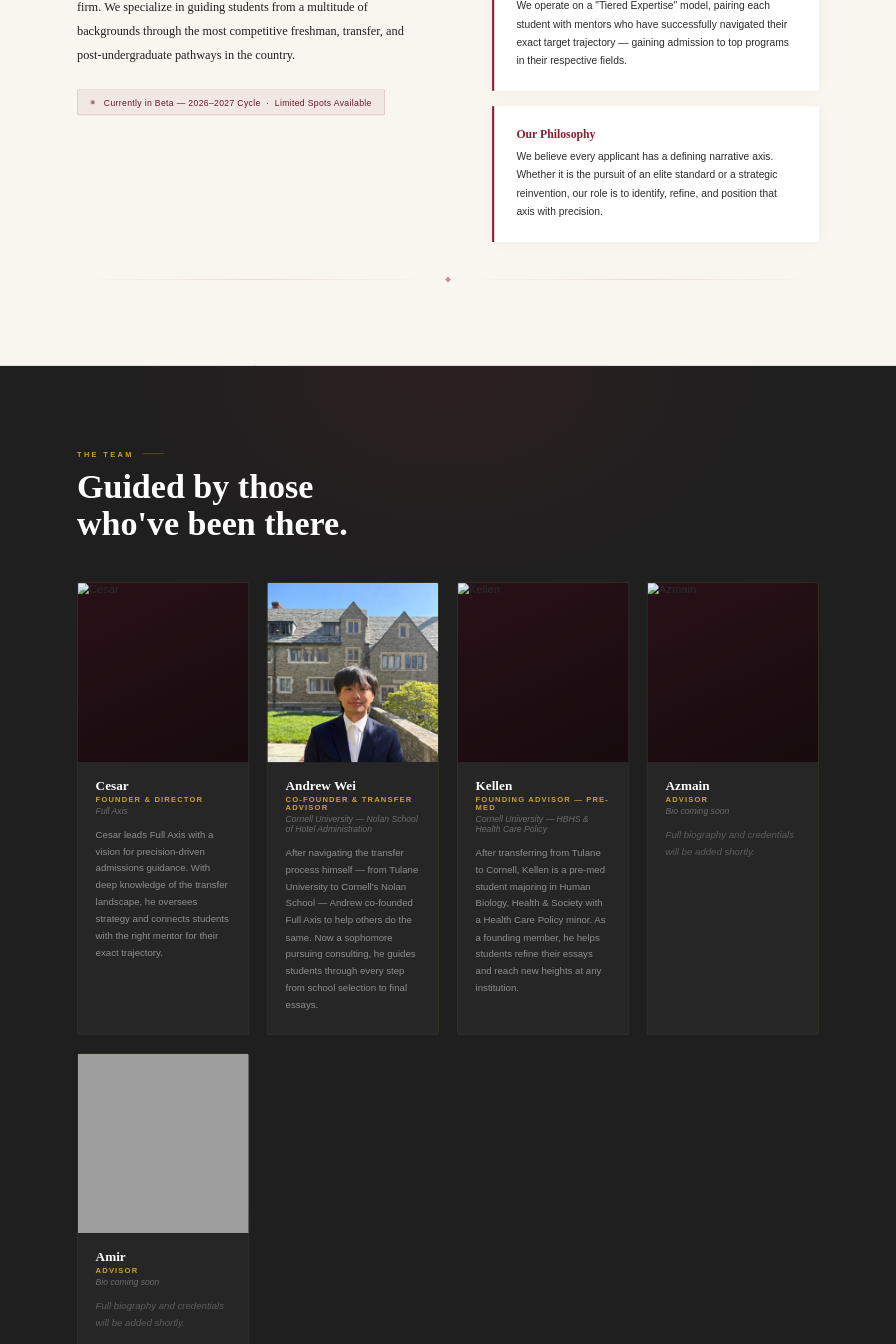
Repository: epeguero8311/cesar
Page: index.html
These files come from the project's save history. The page is drawn as it stood at one moment and after the next save; the edit follows.
The browser window is 1280 px wide. The pictures show the part of the page from y = 1244 to 3164 px (the page is 5645 px tall), at 70% of full size.
Pictures or frames that could not be fetched are drawn as grey boxes.

Above is the page before, as saved 2026-04-26 22:26:40.
Not found: headshot1.png
Not found: headshot3.png
Not found: headshot4.png

After the next save:
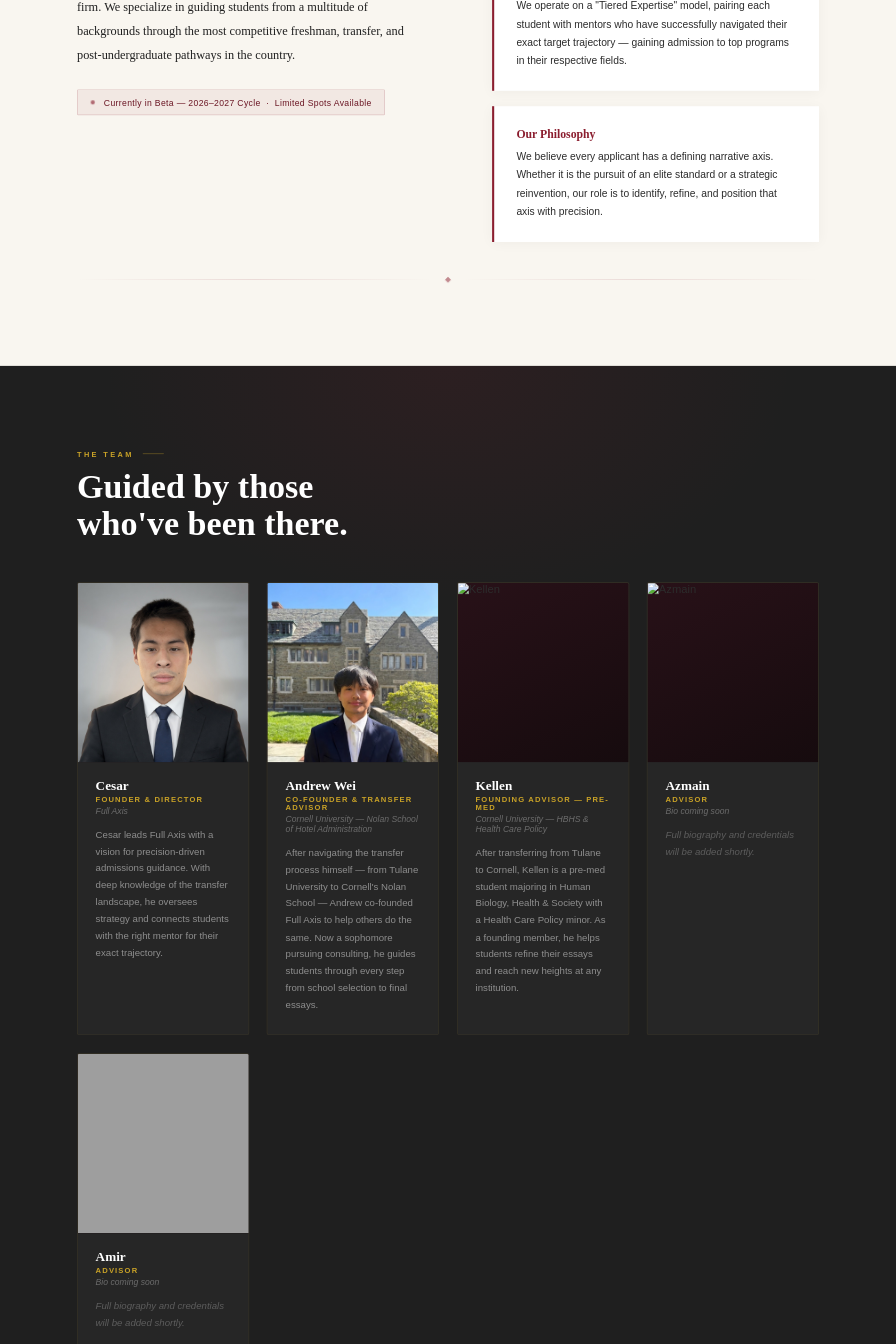
Saved 45 s later.
--- a/index.html
+++ b/index.html
@@ -97,7 +97,7 @@
       <!-- Cesar -->
       <div class="team-card reveal">
         <div class="team-photo">
-          <img src="headshot1.png" alt="Cesar" class="team-headshot" />
+          <img src="IMG_4708.jpeg" alt="Cesar" class="team-headshot" />
         </div>
         <div class="team-info">
           <div class="team-name">Cesar</div>
